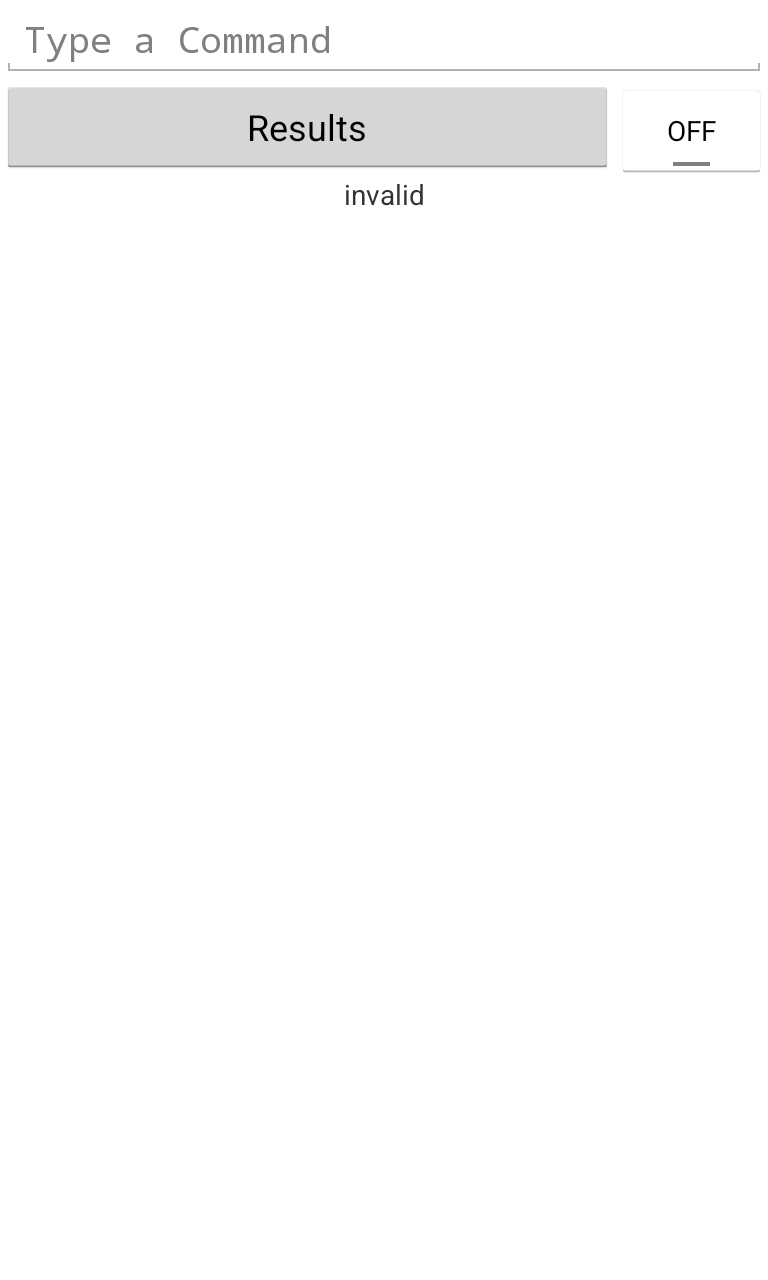
Repository: lcbasu/android
Layout: adt/TheNewBoston/res/layout/text.xml
The author's editor kept a copy of each file at every save. The layout is drawn from the files as they stood at one save, then again after the next save.
It is drawn on a 768 x 1280 px phone screen (xhdpi) without system bars, with theme AppTheme; the app's code is not run.

Above is the layout before, as saved 2014-05-19 06:02:50.

### adt/TheNewBoston/res/layout/text.xml
<?xml version="1.0" encoding="utf-8"?>
<LinearLayout xmlns:android="http://schemas.android.com/apk/res/android"
    android:layout_width="match_parent"
    android:layout_height="match_parent"
    android:orientation="vertical" >

    <EditText
        android:id="@+id/etCommands"
        android:layout_width="fill_parent"
        android:layout_height="wrap_content"
        android:hint="Type a Command"
        android:password="true" />

    <LinearLayout
        android:layout_width="fill_parent"
        android:layout_height="wrap_content"
        android:orientation="horizontal"
        android:weightSum="100" >

        <Button
            android:id="@+id/bResults"
            android:layout_width="fill_parent"
            android:layout_height="wrap_content"
            android:layout_weight="20"
            android:gravity="center"
            android:text="Results" />

        <ToggleButton
            android:id="@+id/tgBt"
            android:layout_width="fill_parent"
            android:layout_height="wrap_content"
            android:layout_weight="80"
            android:text="ToggleButton" />
    </LinearLayout>

    <TextView
        android:id="@+id/tvResults"
        android:layout_width="fill_parent"
        android:layout_height="wrap_content"
        android:gravity="center"
        android:text="invalid" />

</LinearLayout>

Loaded but not shown: adt/TheNewBoston/res/values/styles.xml (common file); adt/TheNewBoston/res/values-v11/styles.xml (common file); adt/TheNewBoston/res/values-v14/styles.xml (common file)

After the next save:
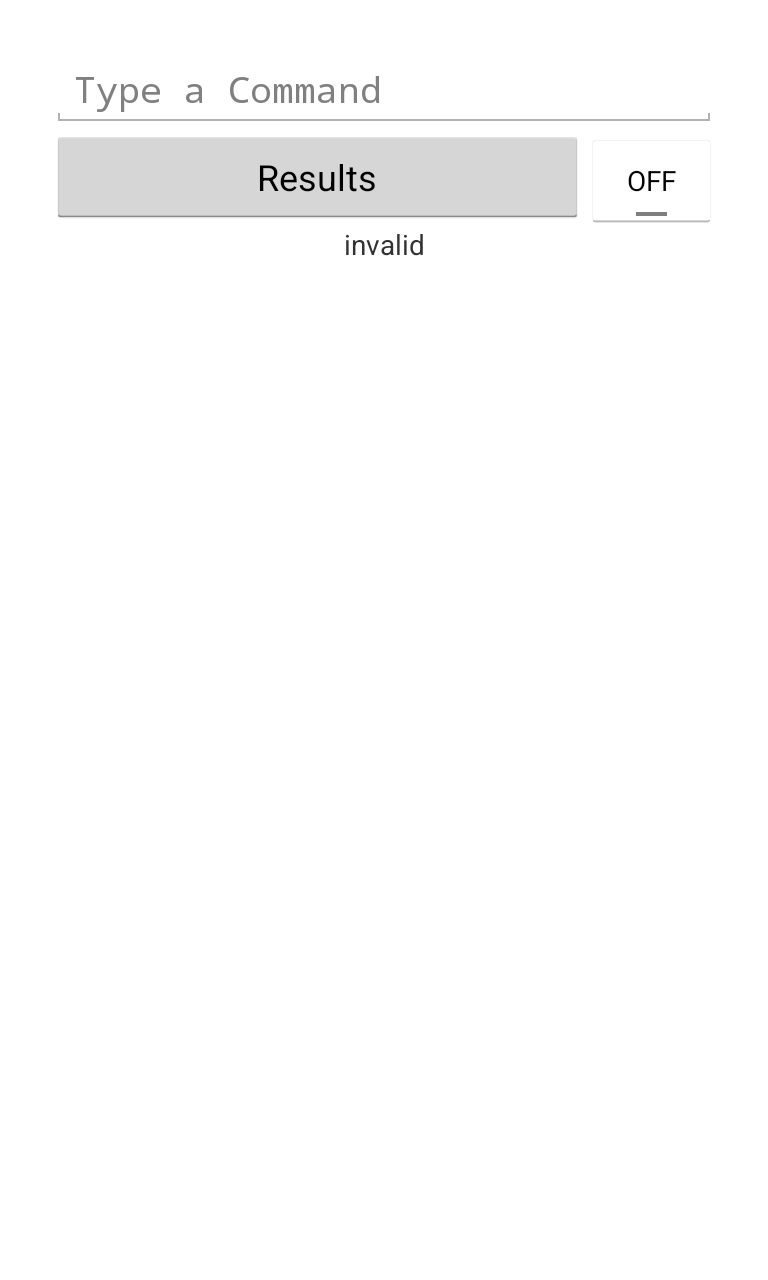
Saved 2 min 1 s later.
--- a/adt/TheNewBoston/res/layout/text.xml
+++ b/adt/TheNewBoston/res/layout/text.xml
@@ -1,6 +1,7 @@
 <?xml version="1.0" encoding="utf-8"?>
 <LinearLayout xmlns:android="http://schemas.android.com/apk/res/android"
     android:layout_width="match_parent"
+    android:padding="25dp"
     android:layout_height="match_parent"
     android:orientation="vertical" >
 
